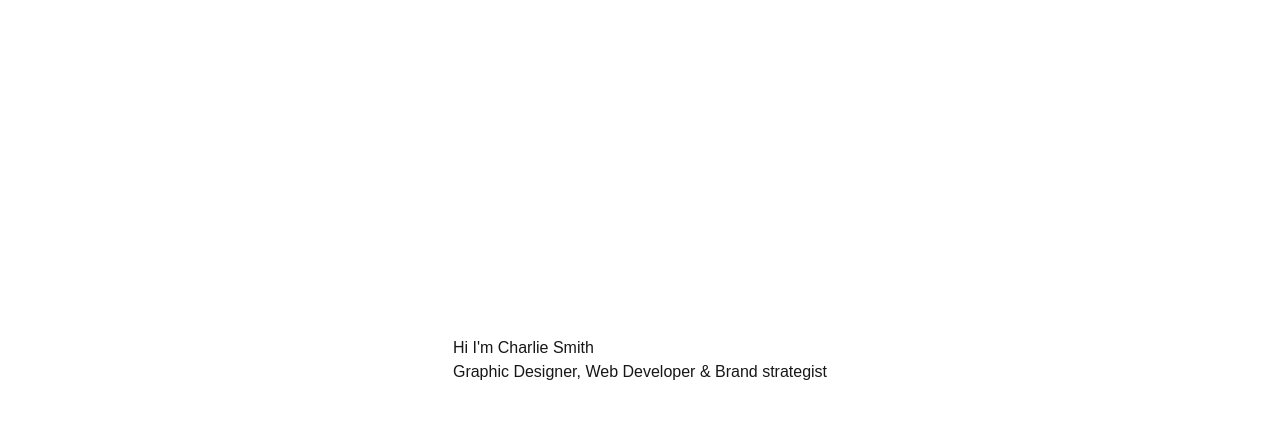
Repository: charlehs/portfolio
Page: /
An editor plug-in stored every save of this project. The page is shown before and after the next save, followed by the edit.
The browser window is 1280 px wide. The pictures show the whole page.
Some web fonts or font styles are not loaded; a fallback is used. The project was rebuilt for these pictures with package versions that can differ from the ones it lists, and the page was loaded fresh each time. The framework's server and built-in components were replaced by stand-ins that run in the browser. Also part of the build but not shown: next.config.ts.

Above is the page before, as saved 2025-01-02 16:33:25.

After the next save:
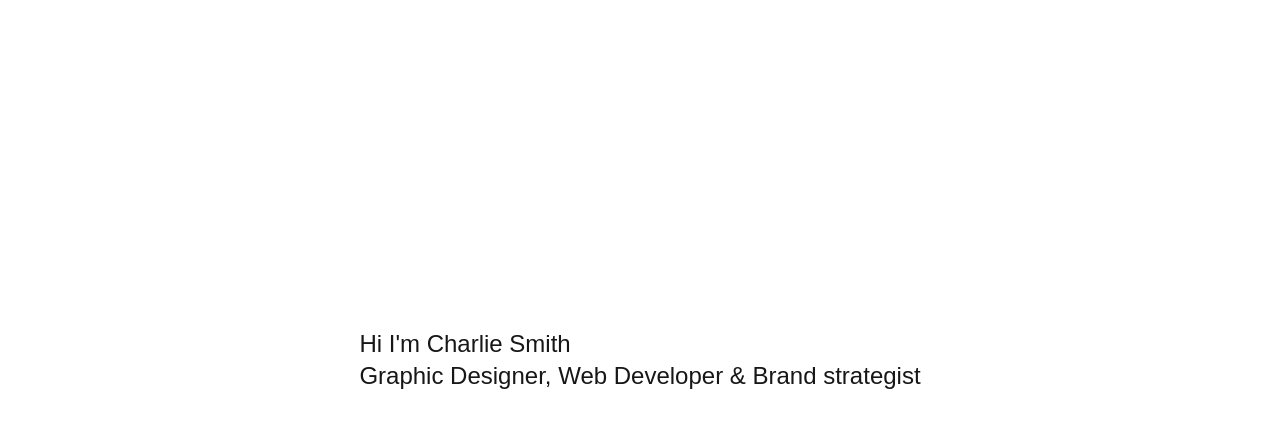
Saved 16 s later.
--- a/app/page.tsx
+++ b/app/page.tsx
@@ -4,7 +4,7 @@ export default function Home() {
   return (
     <div className="grid grid-rows-[20px_1fr_20px] items-center justify-items-center min-h-screen p-8 pb-20 gap-16 sm:p-20 font-[family-name:var(--font-geist-sans)]">
       <main className="flex flex-col gap-8 row-start-2 items-center sm:items-start">
-        <p className="harmond-text">
+        <p className="harmond-text text-2xl">
           Hi I'm Charlie Smith
           <br /> Graphic Designer, Web Developer & Brand strategist
         </p>
